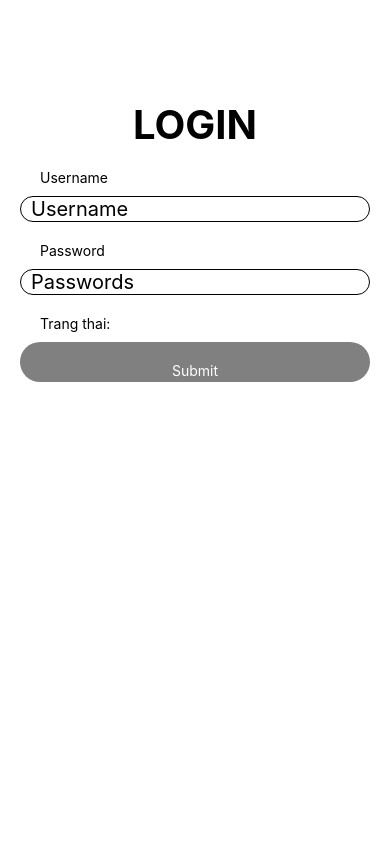
Repository: vietnguyenhoangw/ReactNative-FirstApplication
Screen: /
An editor plug-in stored every save of this project. The screen is shown before and after the next save, followed by the edit.
The app was drawn by React Native's web renderer in a window 390 px wide. The project was rebuilt for these pictures with package versions that can differ from the ones it lists, and the page was loaded fresh each time.

Above is the screen before, as saved 2019-12-11 09:46:12.

### App.js
// import thu vien

import React, {Component} from "react"

import {
  View,
  Text,
  StyleSheet,
  TextInput,
  TouchableOpacity,
} from "react-native"

// code class, component : render

class HelloWorld extends Component {

  constructor(props) {
    super(props);

    this.state = {
      username: '',
      password: '',
      text: '',
    }
  }

  click() {
    var Username = "aaa";
    var Password = "bbb";

    if (this.state.username != Username) {
      console.log('Sai username, password')
      this.setState({
        text : "Sai username, password"
      })
    }else {
      if (this.state.password != Password) {
        console.log('Sai username, password')
        this.setState({
          text : "Sai username, password"
        })
      }
      else {
        console.log('Thanh Cong')
        this.setState({
          text : "Thanh cong"
        })
      }
    }
  }

  render() {
    return(
      <View style={styles.viewOnScreen}>

        <View style={styles.viewHeader}>

          <Text style={styles.textTitle}>LOGIN</Text>

        </View>

        <View style={styles.body}>

          <Text style={styles.textUser}>Username</Text>

          <TextInput
            style={styles.textInput}
            placeholder = "Username"
            onChangeText={(text) => this.setState({username:text})}/>

          <Text style={styles.textUser}>Password</Text>

          <TextInput style={styles.textInput}
           placeholder = "Passwords"
           onChangeText={(text) => this.setState({password:text})} />

          <Text style={styles.textUser}>Trang thai: {this.state.text}</Text>

          <TouchableOpacity
            style={styles.btn}
            onPress={() => {this.click()}}>
            <Text style={styles.textBtn}>Submit</Text>
          </TouchableOpacity>

        </View>

      </View>
    );
  }
}

const styles = StyleSheet.create({
  viewOnScreen: {
    width: '100%',
    height: '100%'
  },
  viewHeader: {
      width:'100%',
  },
  textTitle: {
    textAlign:'center',
    marginTop: 100,
    marginBottom: 20,
    fontWeight:'bold',
    fontSize: 40
  },
  textUser: {
    marginLeft: 40,
    marginRight: 20,
    marginBottom: 10,
  },
  textInput:{
    borderRadius:50,
    marginBottom: 20,
    marginLeft: 20,
    marginRight: 20,
    borderWidth:1,
    borderColor: 'black',
    fontSize:20,
    paddingLeft: 10,
    paddingRight: 10
  },
  btn: {
    height:40,
    borderRadius:50,
    backgroundColor:'gray',
    marginLeft: 20,
    marginRight: 20,
    padding:20,
  },
  textBtn: {
    width:'100%',
    color: 'white',
    textAlign:'center',
  }
});

export default HelloWorld

After the next save:
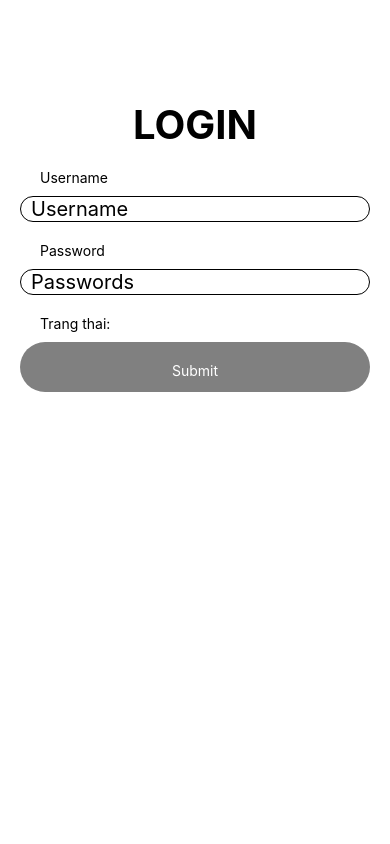
Saved 5 s later.
--- a/App.js
+++ b/App.js
@@ -121,7 +121,7 @@ const styles = StyleSheet.create({
     paddingRight: 10
   },
   btn: {
-    height:40,
+    height:50,
     borderRadius:50,
     backgroundColor:'gray',
     marginLeft: 20,
